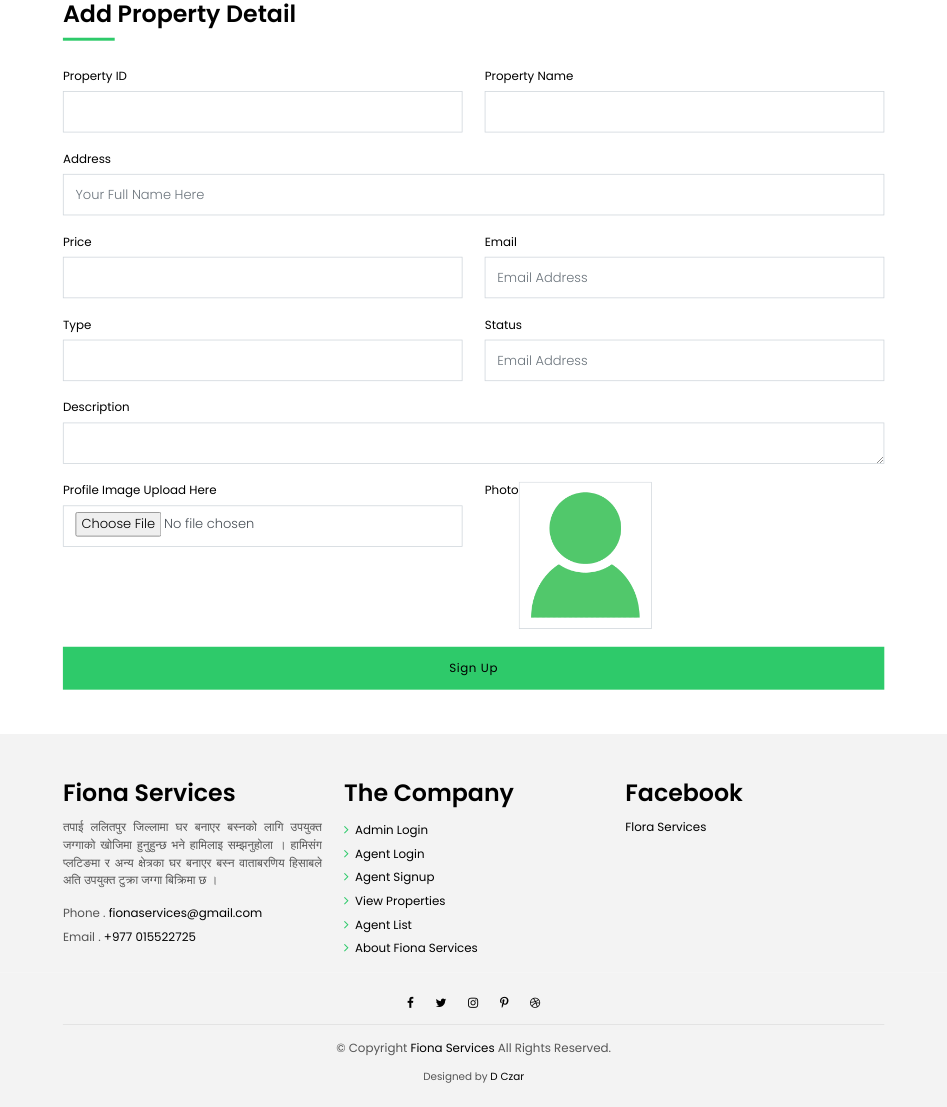
Repository: Sjuicyy/realstate
Page: Add-Property.html
The author's editor kept a copy of each file at every save. The page is drawn from the files as they stood at one save, then again after the next save.
The browser window is 1280 px wide. The pictures show the whole page, at 74% of full size.

Above is the page before, as saved 2022-10-13 15:44:16.

After the next save:
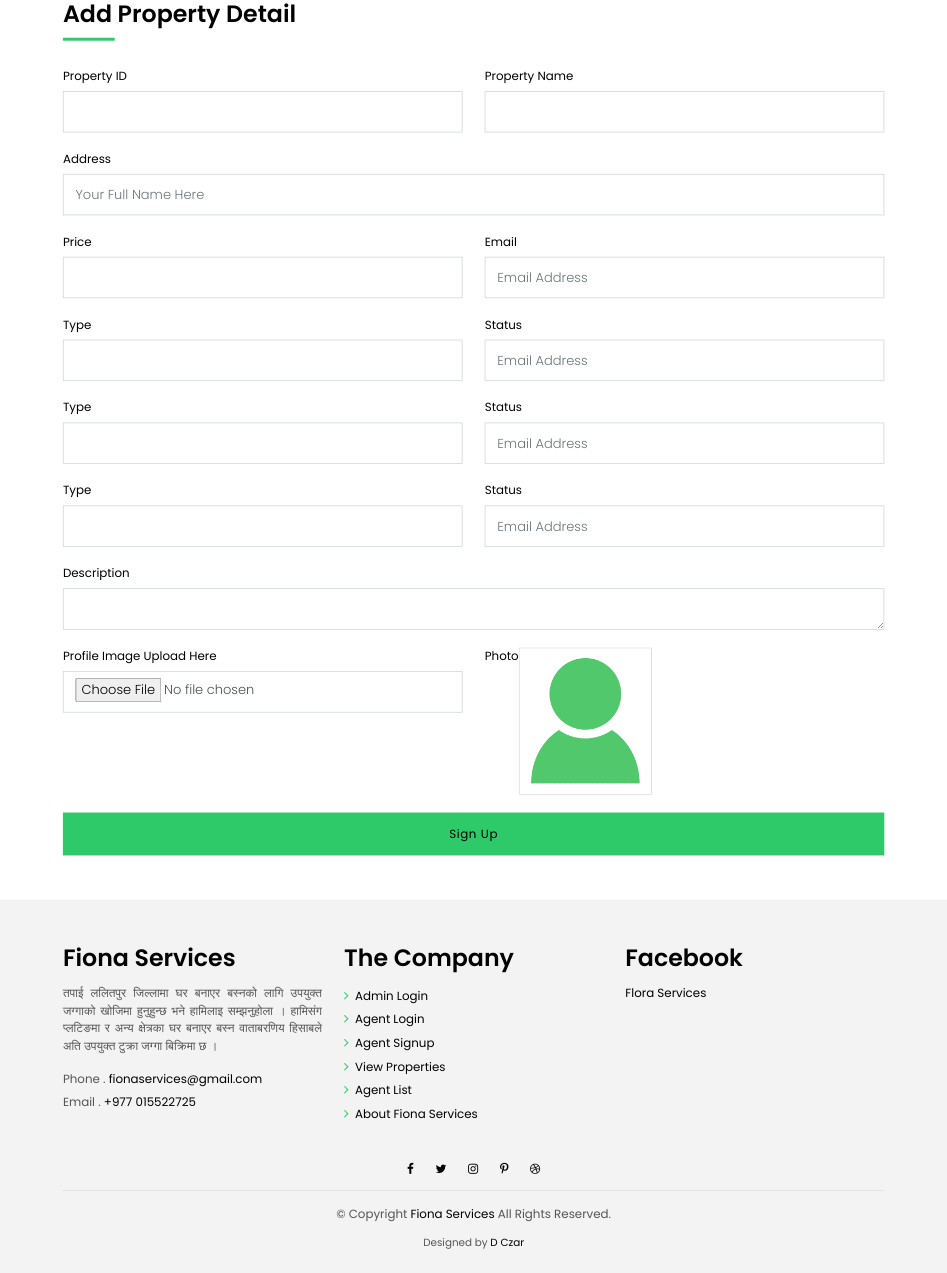
Saved 11 s later.
--- a/Add-Property.html
+++ b/Add-Property.html
@@ -152,6 +152,32 @@
 
 
 
+            <div class="col-md-6 mb-2">
+              <div class="form-group">
+                <label for="city">Type</label>
+                <input type="number" class="form-control form-control-lg form-control-a" name="Phone">
+              </div>
+            </div>
+            <div class="col-md-6 mb-2">
+              <div class="form-group">
+                <label for="bedrooms">Status</label>
+                <input type="email" class="form-control form-control-lg form-control-a" placeholder="Email Address"
+                  name="Email">
+              </div>
+            </div>
+            <div class="col-md-6 mb-2">
+              <div class="form-group">
+                <label for="city">Type</label>
+                <input type="number" class="form-control form-control-lg form-control-a" name="Phone">
+              </div>
+            </div>
+            <div class="col-md-6 mb-2">
+              <div class="form-group">
+                <label for="bedrooms">Status</label>
+                <input type="email" class="form-control form-control-lg form-control-a" placeholder="Email Address"
+                  name="Email">
+              </div>
+            </div>
             <div class="col-md-6 mb-2">
               <div class="form-group">
                 <label for="city">Type</label>
